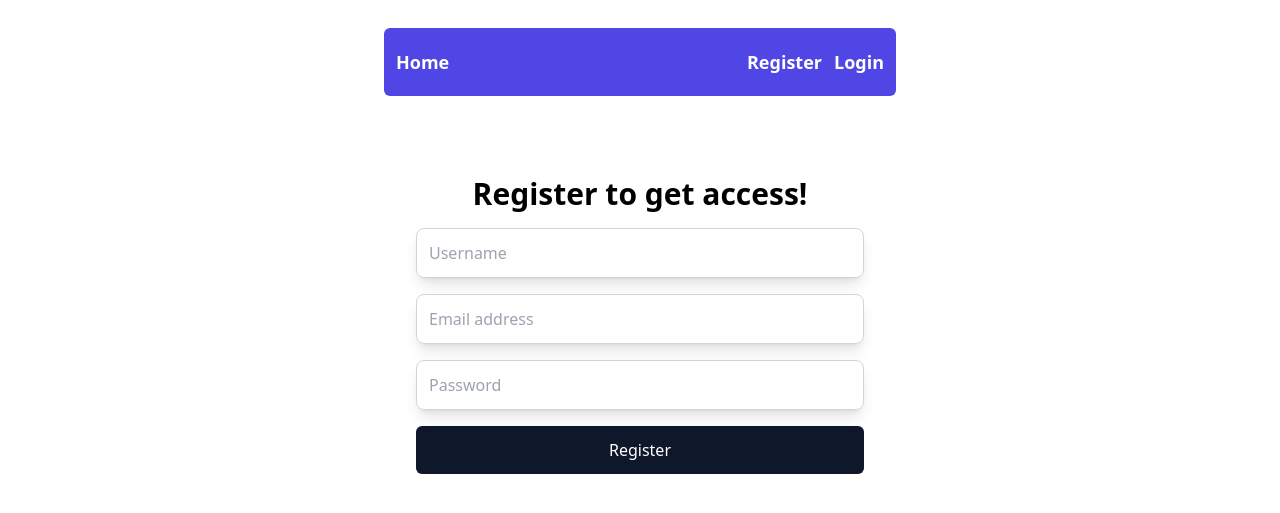
Repository: SolomDev00/TodoApp
Page: /register
An editor plug-in stored every save of this project. The page is shown before and after the next save, followed by the edit.
The browser window is 1280 px wide. The pictures show the whole page.
The project was rebuilt for these pictures with package versions that can differ from the ones it lists, and the page was loaded fresh each time. Also part of the build but not shown: vite.config.ts, src/components/auth/ProtectedRoute.tsx, src/pages/PageNotFound.tsx, src/components/errors/ErrorHandler.tsx, src/components/TodoList.tsx, src/pages/index.tsx, src/pages/Login.tsx, src/components/InputErrorMessage.tsx.

Above is the page before, as saved 2023-12-01 15:49:54.

After the next save:
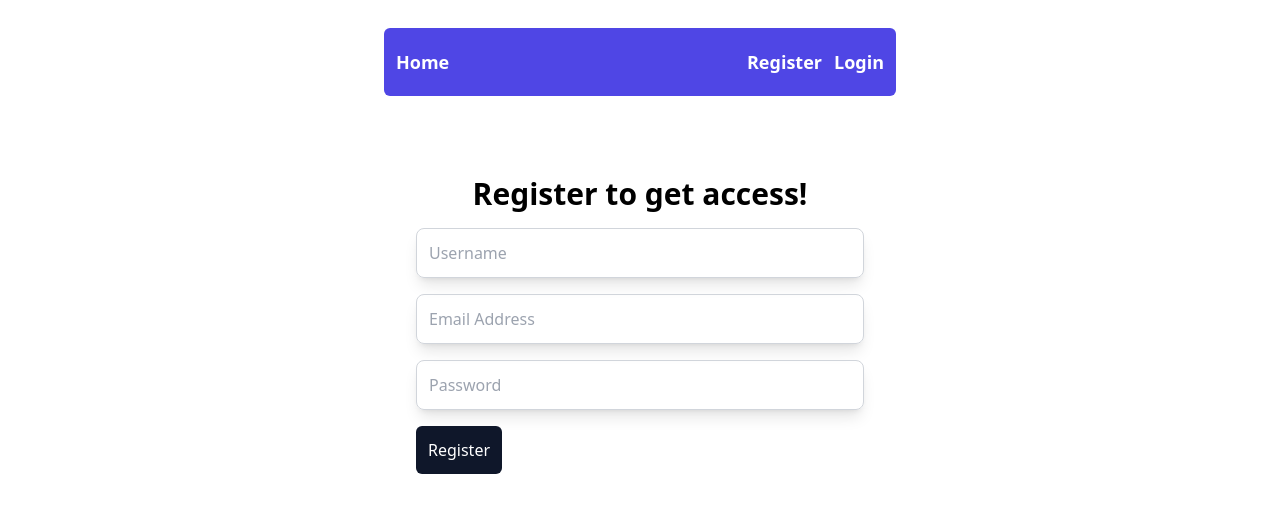
Saved 8 s later.
--- a/src/pages/Register.tsx
+++ b/src/pages/Register.tsx
@@ -2,6 +2,7 @@ import InputErrorMessage from "../components/InputErrorMessage";
 import Button from "../components/schema/Button";
 import Input from "../components/schema/Input";
 import { useForm, SubmitHandler } from "react-hook-form";
+import { REGISTER_FORM } from "../data";
 interface IFormInput {
   username: string;
   email: string;
@@ -14,7 +15,24 @@ const RegisterPage = () => {
     handleSubmit,
     formState: { errors },
   } = useForm<IFormInput>();
+
+  // Handlers
   const onSubmit: SubmitHandler<IFormInput> = (data) => console.log(data);
+
+  // Renders
+  const renderRegisterForm = REGISTER_FORM.map(
+    ({ name, placeholder, type, validation }, idx) => (
+      <div key={idx}>
+        <Input
+          type={type}
+          placeholder={placeholder}
+          {...register(name, validation)}
+        />
+
+        {errors[name] && <InputErrorMessage msg={errors[name]?.message} />}
+      </div>
+    )
+  );
 
   return (
     <div className="max-w-md mx-auto">
@@ -22,52 +40,8 @@ const RegisterPage = () => {
         Register to get access!
       </h2>
       <form className="space-y-4" onSubmit={handleSubmit(onSubmit)}>
-        <div>
-          <Input
-            placeholder="Username"
-            {...register("username", {
-              required: true,
-              minLength: 5,
-            })}
-          />
-          {errors?.username && errors.username.type === "required" && (
-            <InputErrorMessage msg="Username is Required!" />
-          )}
-          {errors?.username && errors.username.type === "minLength" && (
-            <InputErrorMessage msg="Username should be at-least 5 characters!" />
-          )}
-        </div>
-        <div>
-          <Input
-            placeholder="Email address"
-            {...register("email", {
-              required: "Email is Require!",
-              pattern: /^[^@]+@[^@]+\.[^@ .]{2,}$/,
-            })}
-          />
-          {errors?.email && errors.email.type === "required" && (
-            <InputErrorMessage msg="Email is Required!" />
-          )}
-          {errors?.email && errors.email.type === "pattern" && (
-            <InputErrorMessage msg="Email is not Vaild!" />
-          )}
-        </div>
-        <div>
-          <Input
-            placeholder="Password"
-            {...register("password", {
-              required: "Password is Require!",
-              minLength: 6,
-            })}
-          />
-          {errors?.password && errors.password.type === "required" && (
-            <InputErrorMessage msg="Password is Required!" />
-          )}
-          {errors?.password && errors.password.type === "minLength" && (
-            <InputErrorMessage msg="Password should be at-least 6 characters!" />
-          )}
-        </div>
-        <Button fullWidth>Register</Button>
+        {renderRegisterForm}
+        <Button>Register</Button>
       </form>
     </div>
   );
